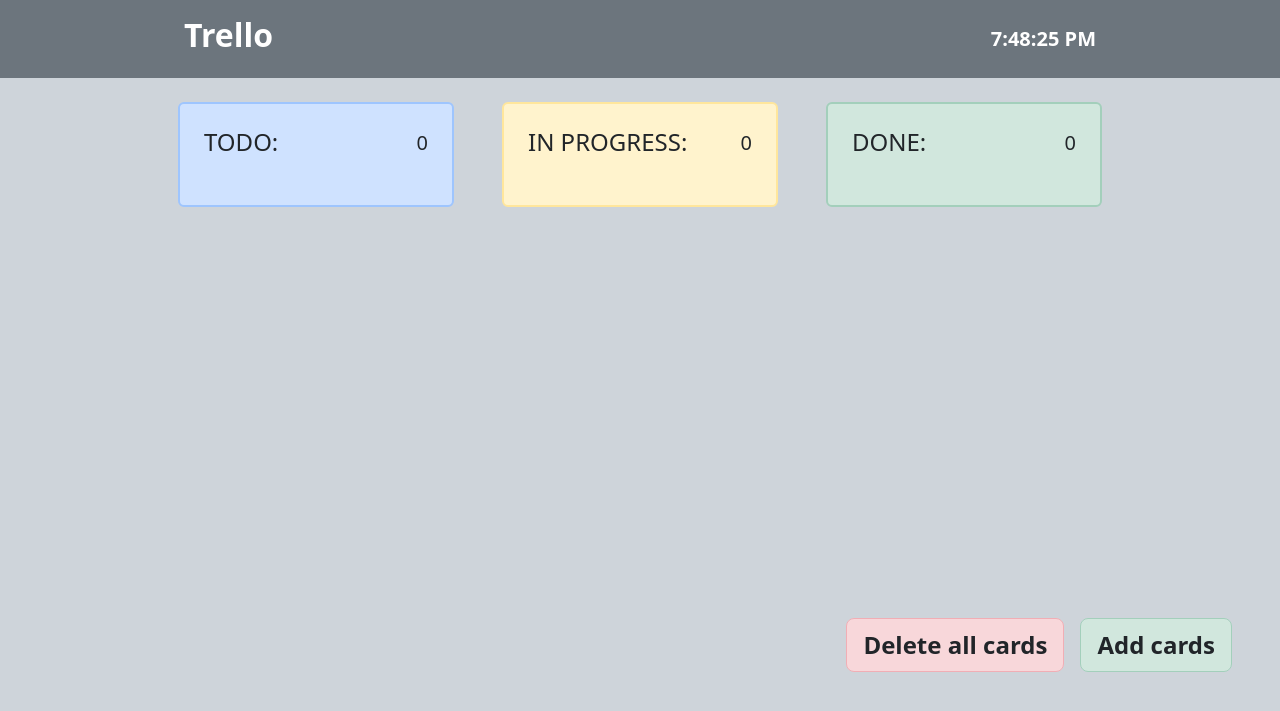
Repository: Valeria154/trello-app-clone
Page: / (app in trello-app-project/)
The author's editor kept a copy of each file at every save. The page is drawn from the files as they stood at one save, then again after the next save.
The browser window is 1280 px wide. The pictures show the whole page.
The project was rebuilt for these pictures with package versions that can differ from the ones it lists, and the page was loaded fresh each time. Also part of the build but not shown: trello-app-project/vite.config.js.

Above is the page before, as saved 2025-03-15 22:22:58.
Console error: TypeError: Cannot read properties of null (reading 'addEventListener')

After the next save:
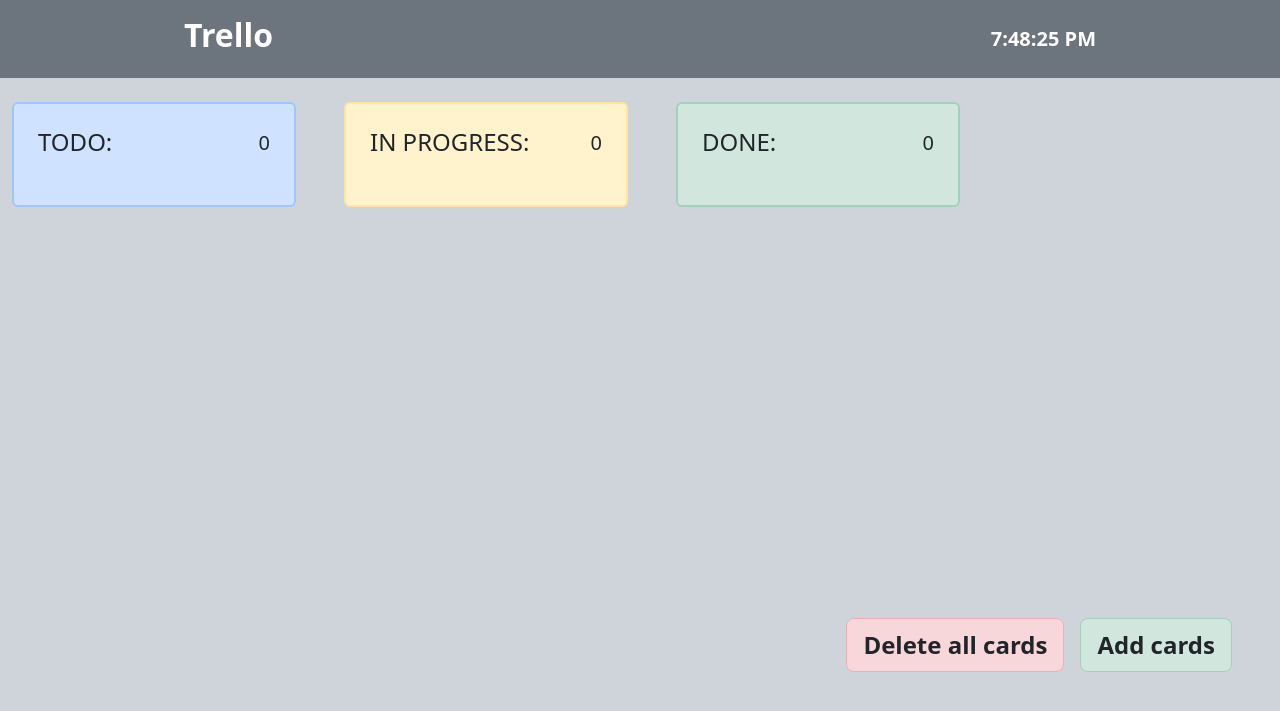
Saved 4 min 51 s later.
--- a/trello-app-project/src/index.html
+++ b/trello-app-project/src/index.html
@@ -16,7 +16,7 @@
 		</div>
 	</header>
 	<main class="p-4">
-		<div class="container text-center w-75">
+		<div class="todo-container text-center w-75">
 			<div class="row align-items-start mb-6 gap-5">
 				<!-- TODO -->
 				<div class="col border border-primary-subtle border-2 rounded-2 text-dark p-4 bg-primary-subtle">
